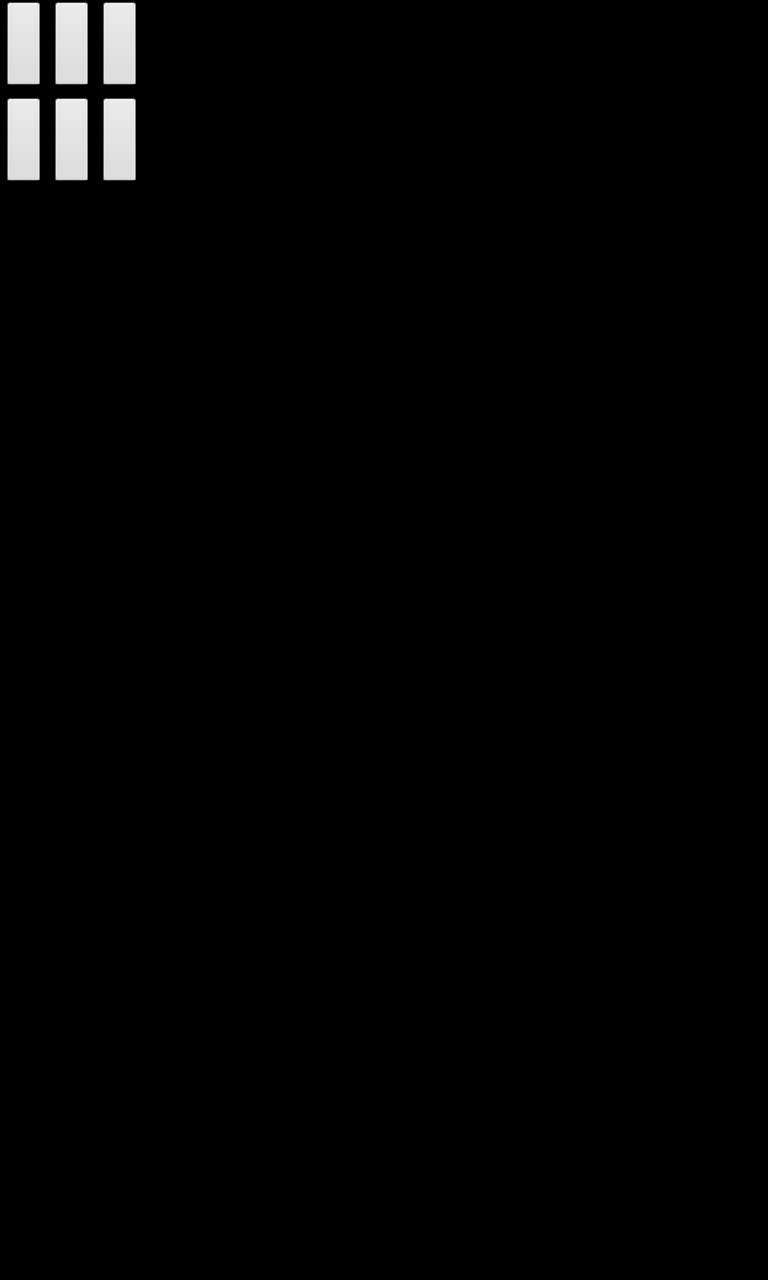
Repository: simplesns/workspace
Layout: eclipse/DEPuzzles/res/layout/temp.xml
The author's editor kept a copy of each file at every save. The layout is drawn from the files as they stood at one save, then again after the next save.
It is drawn on a 768 x 1280 px phone screen (xhdpi) without system bars, with theme android:Theme; the app's code is not run.

Above is the layout before, as saved 2011-01-27 08:23:14.

After the next save:
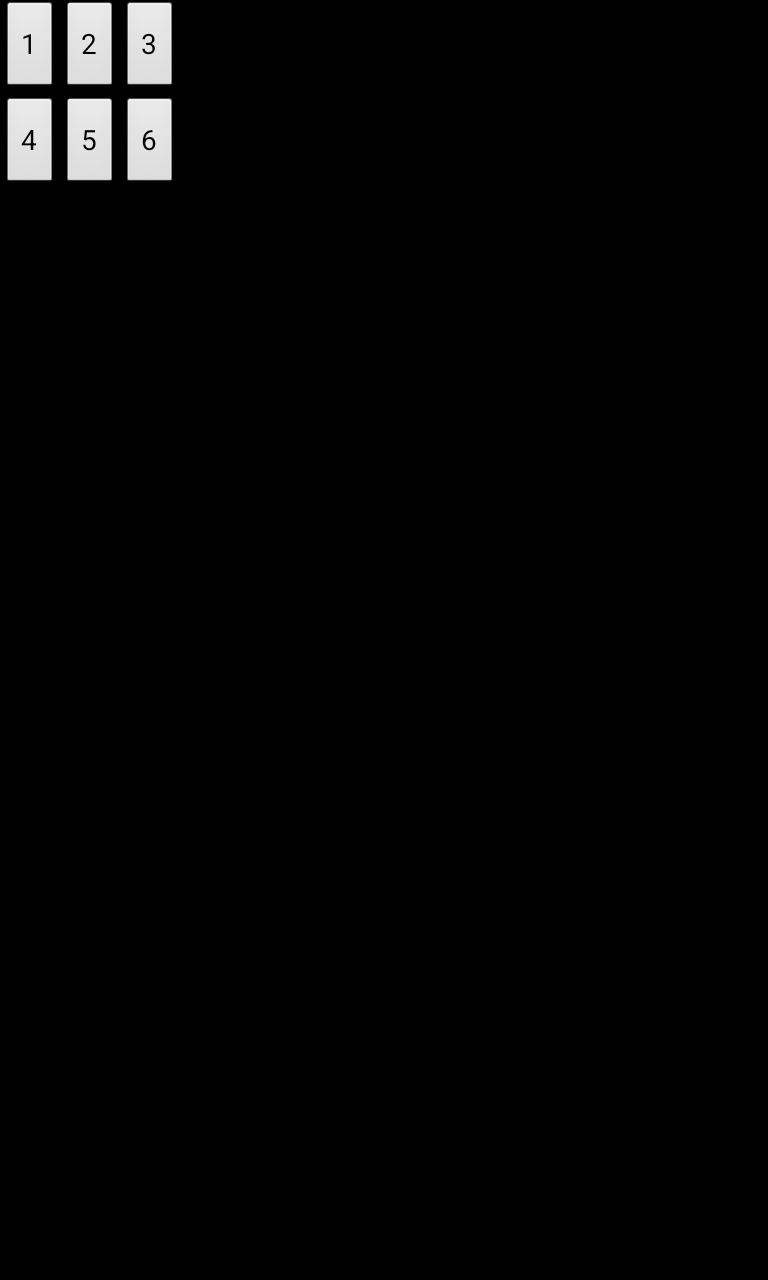
Saved 84 s later.
--- a/eclipse/DEPuzzles/res/layout/temp.xml
+++ b/eclipse/DEPuzzles/res/layout/temp.xml
@@ -2,24 +2,23 @@
 <LinearLayout xmlns:android="http://schemas.android.com/apk/res/android"
 	android:layout_width="fill_parent" android:layout_height="fill_parent">
 	<TableLayout android:id="@+id/TableLayout01"
-		android:layout_width="wrap_content" android:layout_height="wrap_content">
-		<TableRow android:id="@+id/TableRow01" android:layout_width="wrap_content"
-			android:layout_height="wrap_content">
-			<Button android:text="@+id/Button01" android:id="@+id/Button01"
-				android:layout_width="wrap_content" android:layout_height="wrap_content"></Button>
-			<Button android:text="@+id/Button01" android:id="@+id/Button01"
-				android:layout_width="wrap_content" android:layout_height="wrap_content"></Button>
-			<Button android:text="@+id/Button01" android:id="@+id/Button01"
-				android:layout_width="wrap_content" android:layout_height="wrap_content"></Button>
+		android:layout_height="wrap_content" android:layout_width="fill_parent">
+		<TableRow android:id="@+id/TableRow01" android:layout_height="wrap_content" android:layout_width="fill_parent">
+			<Button android:id="@+id/Button01"
+				android:layout_width="wrap_content" android:layout_height="wrap_content" android:text="1"></Button>
+			<Button android:id="@+id/Button01"
+				android:layout_width="wrap_content" android:layout_height="wrap_content" android:text="2"></Button>
+			<Button android:id="@+id/Button01"
+				android:layout_width="wrap_content" android:layout_height="wrap_content" android:text="3"></Button>
 		</TableRow>
 		<TableRow android:id="@+id/TableRow02" android:layout_width="wrap_content"
 			android:layout_height="wrap_content">
-			<Button android:text="@+id/Button01" android:id="@+id/Button01"
-				android:layout_width="wrap_content" android:layout_height="wrap_content"></Button>
-			<Button android:text="@+id/Button01" android:id="@+id/Button01"
-				android:layout_width="wrap_content" android:layout_height="wrap_content"></Button>
-			<Button android:text="@+id/Button01" android:id="@+id/Button01"
-				android:layout_width="wrap_content" android:layout_height="wrap_content"></Button>
+			<Button android:id="@+id/Button01"
+				android:layout_width="wrap_content" android:layout_height="wrap_content" android:text="4"></Button>
+			<Button android:id="@+id/Button01"
+				android:layout_width="wrap_content" android:layout_height="wrap_content" android:text="5"></Button>
+			<Button android:id="@+id/Button01"
+				android:layout_width="wrap_content" android:layout_height="wrap_content" android:text="6"></Button>
 		</TableRow>
 	</TableLayout>
 
